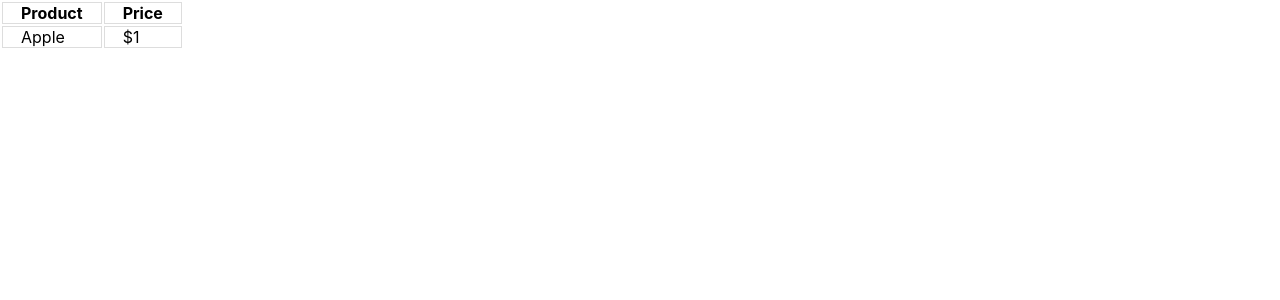
Repository: mariocapitbrok/reactjs-learn
Page: / (app in 05_filtered-data-table/)
These files come from the project's save history. The page is drawn as it stood at one moment and after the next save; the edit follows.
The browser window is 1280 px wide. The pictures show the whole page.
The project was rebuilt for these pictures with package versions that can differ from the ones it lists, and the page was loaded fresh each time.

Above is the page before, as saved 2023-02-25 20:31:10.

After the next save:
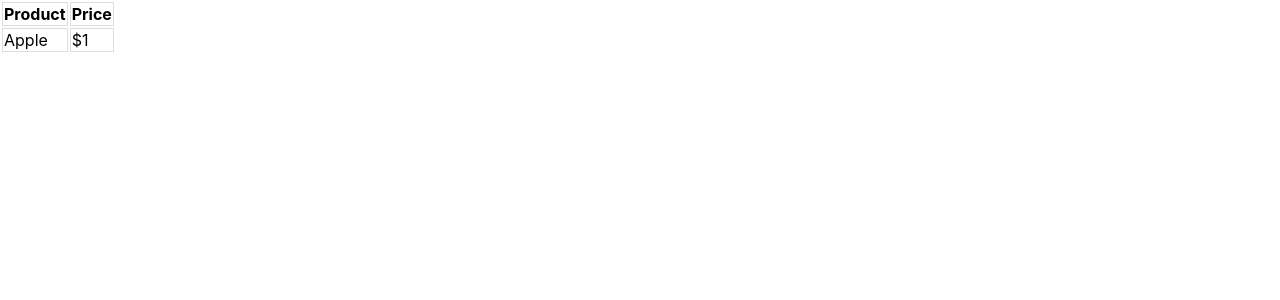
Saved 52 s later.
--- a/05_filtered-data-table/src/App.css
+++ b/05_filtered-data-table/src/App.css
@@ -1,4 +1,4 @@
 #products th, #products td {
   border: 1px solid #ddd;
-  padding: 0px 18px;
+  min-width: 20px;
 }
